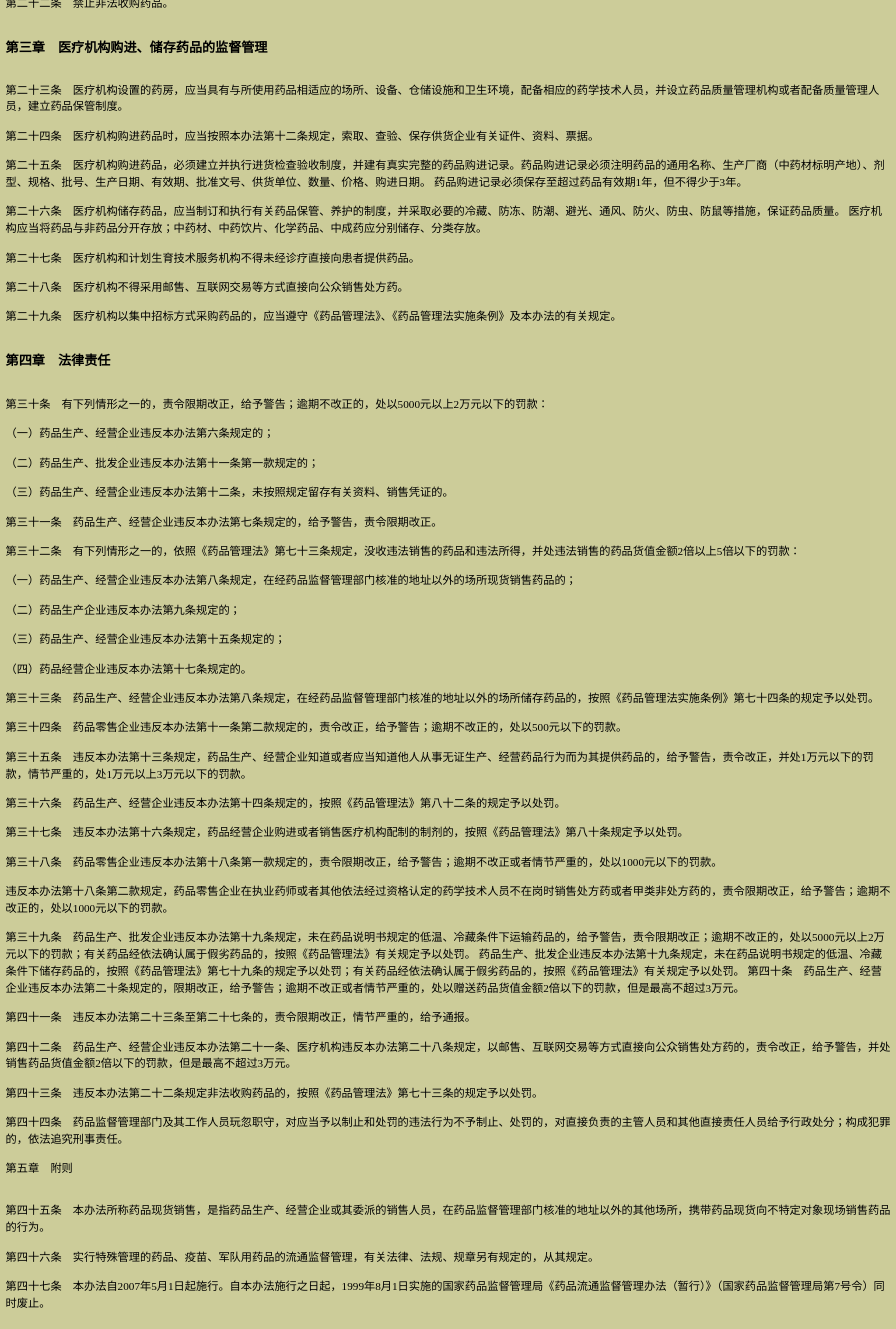
Repository: Shaoxubao/Java
Page: http://localhost/msm/jsp/rule/rules.jsp
These files come from the project's save history. The page is drawn as it stood at one moment and after the next save; the edit follows.
The browser window is 1280 px wide. The pictures show the part of the page from y = 1284 to 3204 px (the page is 3182 px tall before and 3204 px after), at 70% of full size.
The page is served by Tomcat 9. Nobody is signed in. The application's start-up code is not run.

Above is the page before, as saved 2015-06-13 17:59:15.

After the next save:
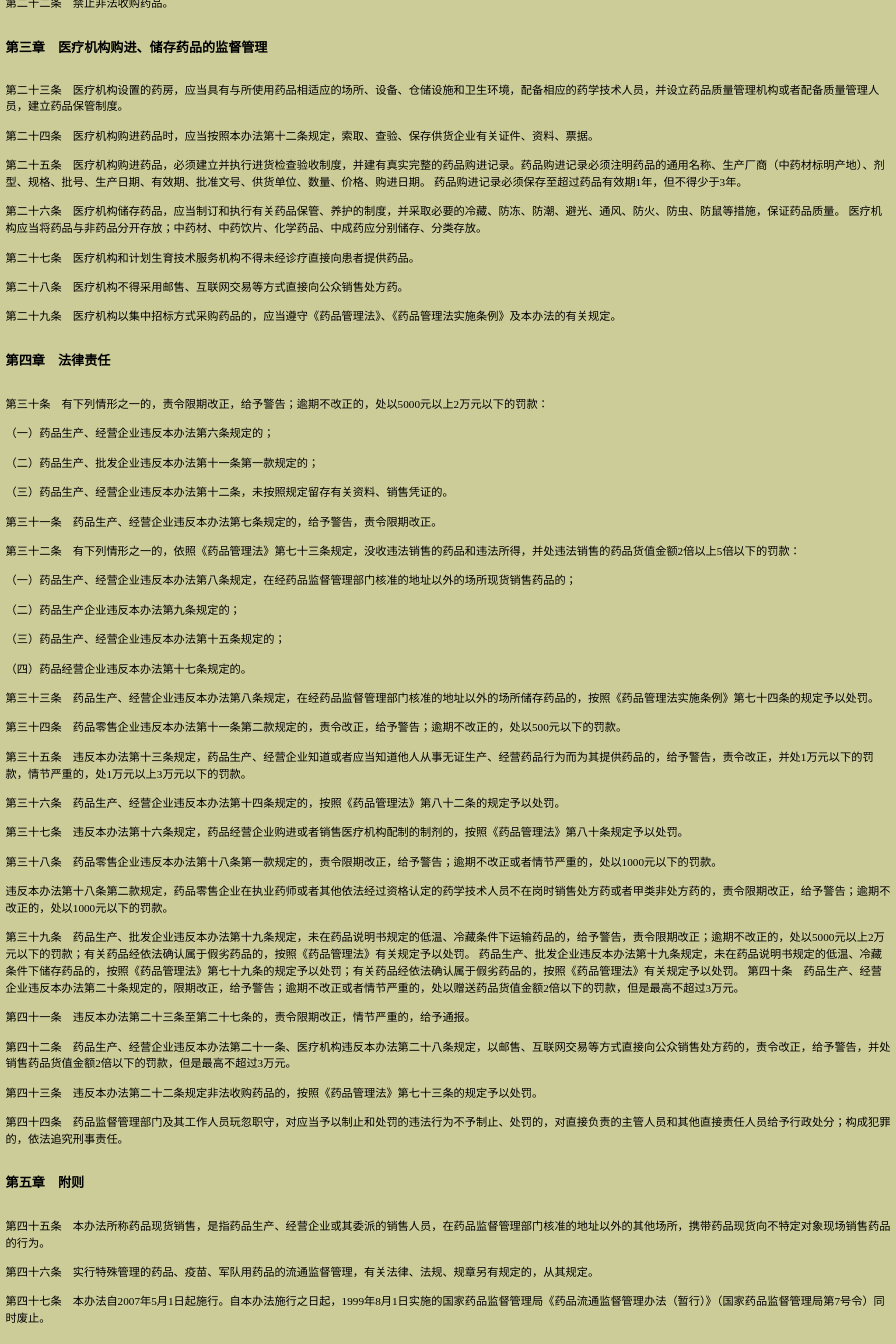
Saved 14 s later.
--- a/msm/WebContent/jsp/rule/rules.jsp
+++ b/msm/WebContent/jsp/rule/rules.jsp
@@ -79,7 +79,7 @@
 第四十二条　药品生产、经营企业违反本办法第二十一条、医疗机构违反本办法第二十八条规定，以邮售、互联网交易等方式直接向公众销售处方药的，责令改正，给予警告，并处销售药品货值金额2倍以下的罚款，但是最高不超过3万元。<br><br>
 第四十三条　违反本办法第二十二条规定非法收购药品的，按照《药品管理法》第七十三条的规定予以处罚。<br><br>
 第四十四条　药品监督管理部门及其工作人员玩忽职守，对应当予以制止和处罚的违法行为不予制止、处罚的，对直接负责的主管人员和其他直接责任人员给予行政处分；构成犯罪的，依法追究刑事责任。<br><br>
-第五章　附则<br><br><br>
+<h3>第五章　附则</h3><br>
 
 第四十五条　本办法所称药品现货销售，是指药品生产、经营企业或其委派的销售人员，在药品监督管理部门核准的地址以外的其他场所，携带药品现货向不特定对象现场销售药品的行为。<br><br>
 第四十六条　实行特殊管理的药品、疫苗、军队用药品的流通监督管理，有关法律、法规、规章另有规定的，从其规定。<br><br>
